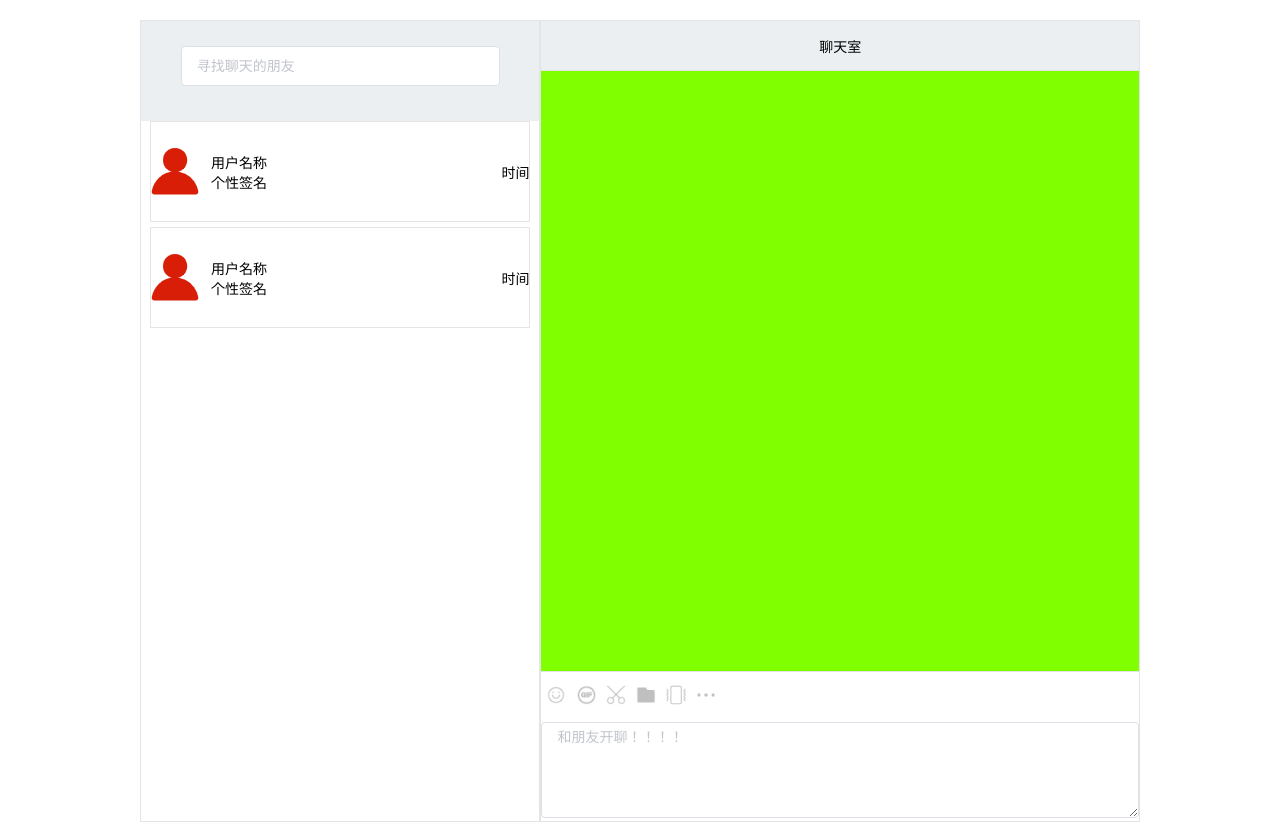
Repository: jinggegeZ/livechat
Page: /
An editor plug-in stored every save of this project. The page is shown before and after the next save, followed by the edit.
The browser window is 1280 px wide. The pictures show the whole page.
The project was rebuilt for these pictures with package versions that can differ from the ones it lists, and the page was loaded fresh each time.

Above is the page before, as saved 2020-08-17 13:12:01.

After the next save:
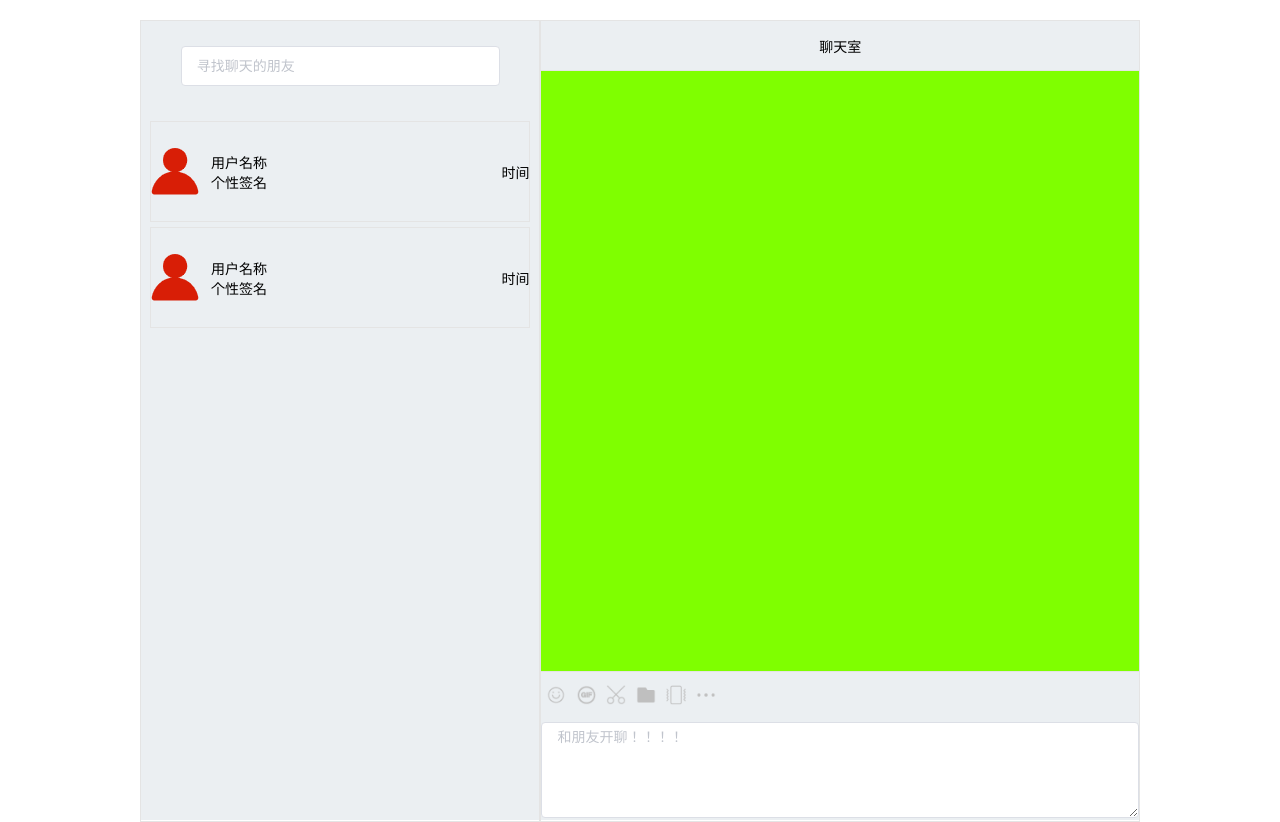
Saved 26 s later.
--- a/src/views/Home.vue
+++ b/src/views/Home.vue
@@ -120,9 +120,9 @@ export default {
 .box {
   width: 1000px;
   height: 800px;
-  background: white;
   display: flex;
   margin-top: 20px;
+  background: rgb(235,239,242);
 }
 .box1 {
   flex: 4;
